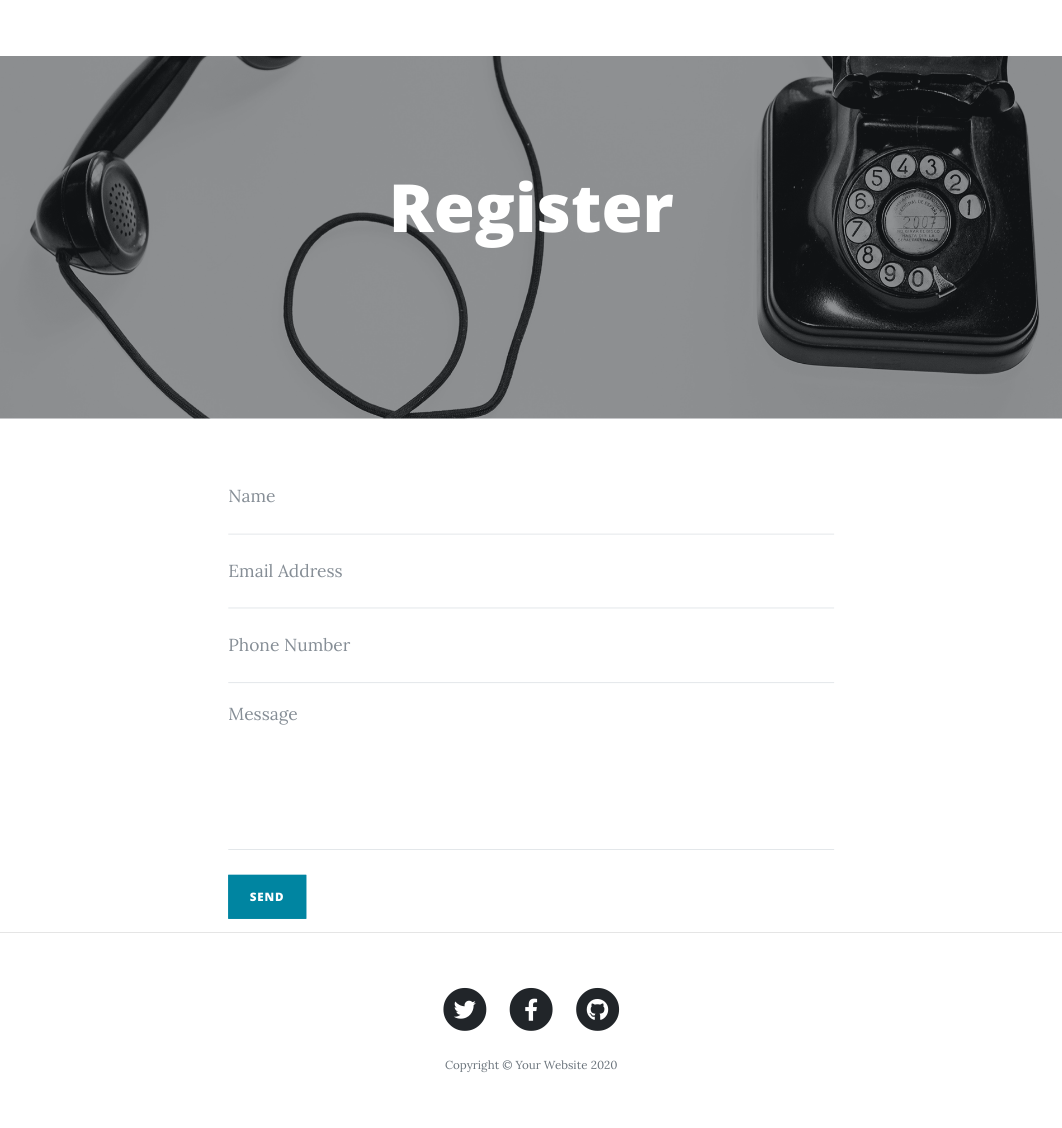
Repository: elvinyeka/elvin-blog
Page: http://localhost/register
The author's editor kept a copy of each file at every save. The page is drawn from the files as they stood at one save, then again after the next save.
The browser window is 1280 px wide. The pictures show the whole page, at 83% of full size.
The page is served by the project's application, run on Flask 3 (CLEANBLOG/__init__.py).

Above is the page before, as saved 2020-10-12 01:25:48.

After the next save:
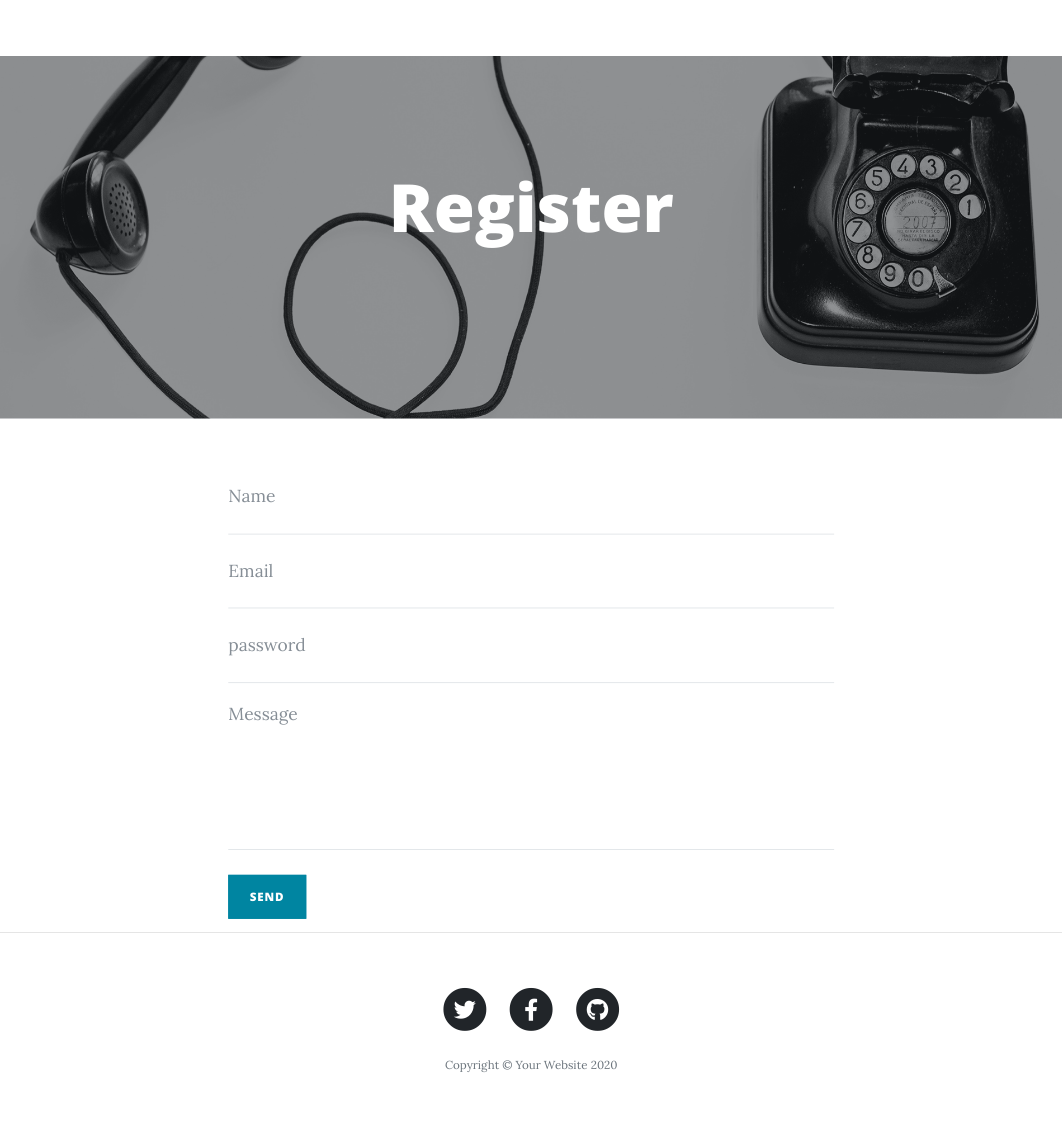
Saved 3 min 17 s later.
--- a/CLEANBLOG/templates/register.html
+++ b/CLEANBLOG/templates/register.html
@@ -28,15 +28,13 @@
                 </div>
                 <div class="control-group">
                     <div class="form-group floating-label-form-group controls">
-                        <label>Email Address</label>
-                        <input type="email" class="form-control" placeholder="Email Address" id="email" required data-validation-required-message="Please enter your email address.">
+                        <label>Email</label> {{ form.email(placeholder='Email', class='form-control') }}
                         <p class="help-block text-danger"></p>
                     </div>
                 </div>
                 <div class="control-group">
                     <div class="form-group col-xs-12 floating-label-form-group controls">
-                        <label>Phone Number</label>
-                        <input type="tel" class="form-control" placeholder="Phone Number" id="phone" required data-validation-required-message="Please enter your phone number.">
+                        <label>Password</label> {{ form.password(placeholder='password', class='form-control') }}
                         <p class="help-block text-danger"></p>
                     </div>
                 </div>
